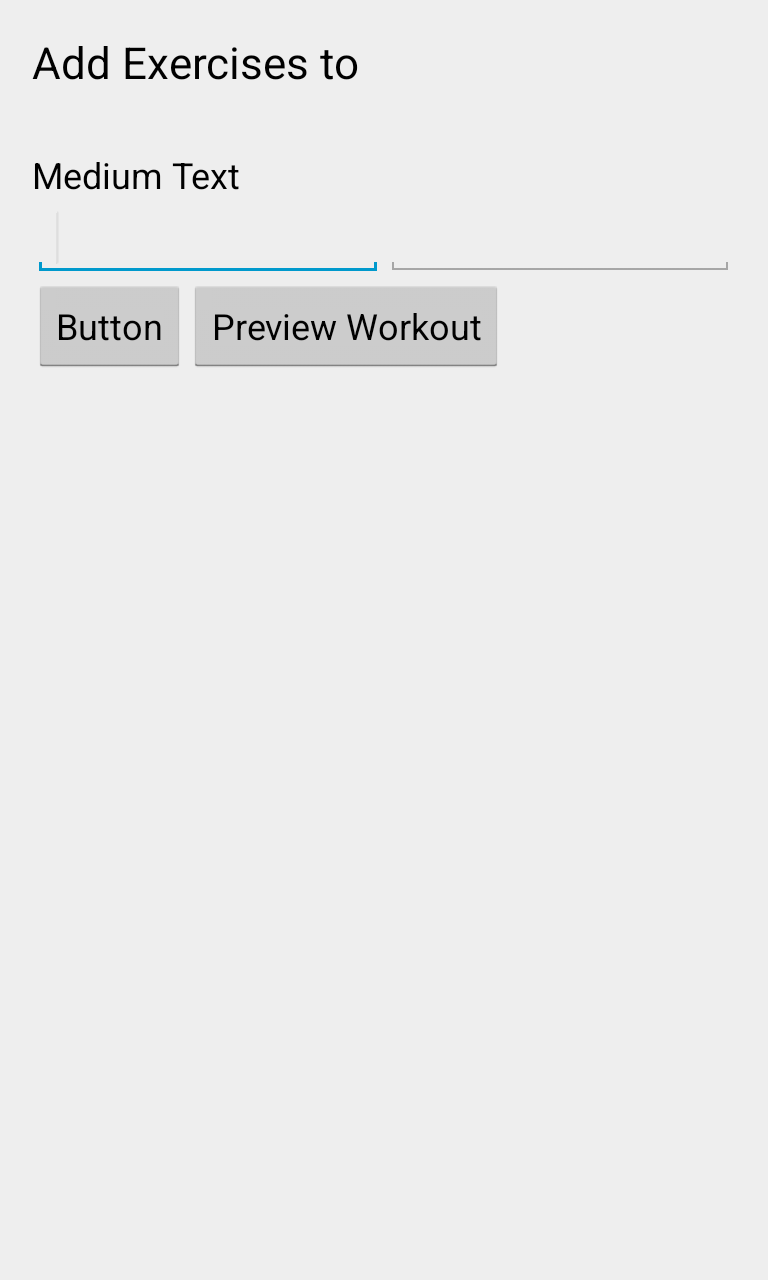
Repository: jmcdon09/EZWorkout
Layout: EzTrain/EzTrain/res/layout/activity_add_exercises.xml
These files come from the project's save history. The layout is drawn as it stood at one moment and after the next save; the edit follows.
It is drawn on a 768 x 1280 px phone screen (xhdpi) without system bars, with theme AppTheme; the app's code is not run. Lists and similar views that code fills are empty.

Above is the layout before, as saved 2014-03-29 01:24:56.

After the next save:
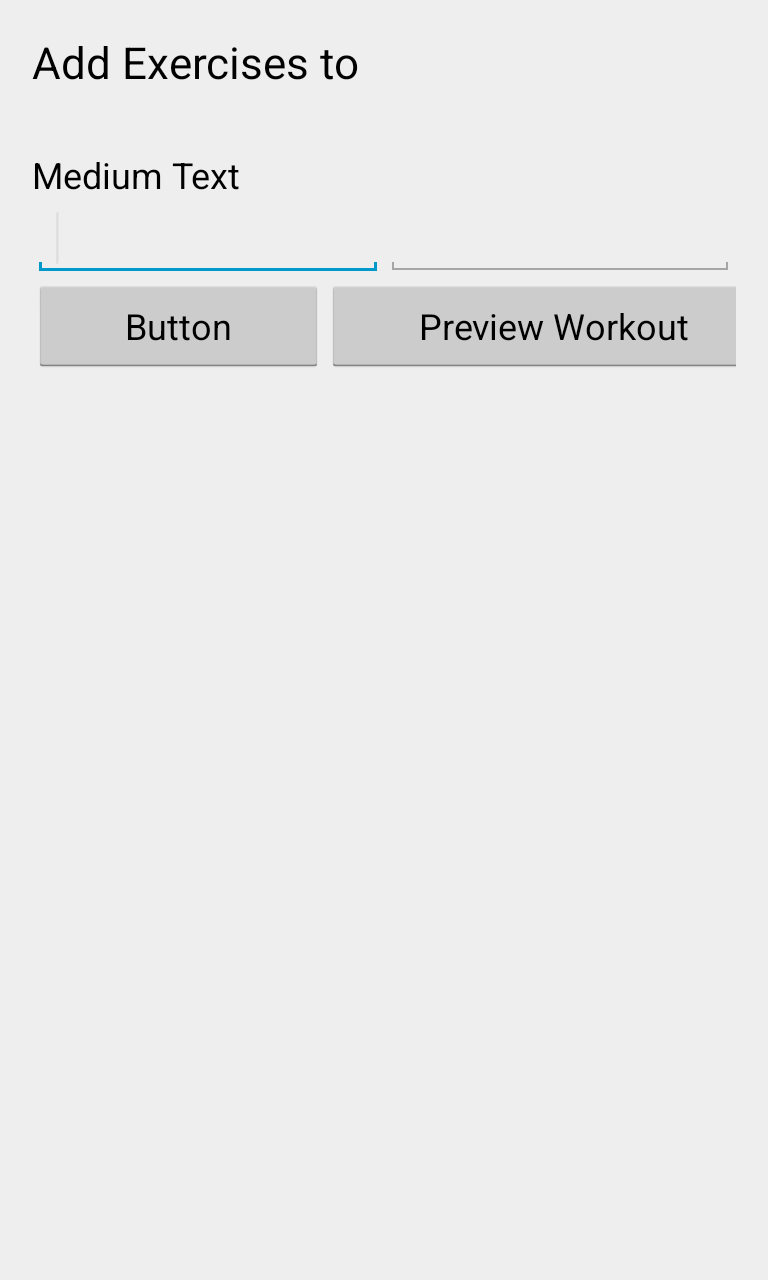
Saved 36 s later.
--- a/EzTrain/EzTrain/res/layout/activity_add_exercises.xml
+++ b/EzTrain/EzTrain/res/layout/activity_add_exercises.xml
@@ -93,16 +93,19 @@
     </LinearLayout>
 
     <LinearLayout
+        android:weightSum="100"
         android:layout_width="match_parent"
         android:layout_height="wrap_content" >
 
         <Button
+            android:layout_weight="60"
             android:id="@+id/add_exercise"
             android:layout_width="wrap_content"
             android:layout_height="wrap_content"
             android:text="Button" />
 
         <Button
+            android:layout_weight="60"
             android:id="@+id/preview_workout"
             android:layout_width="wrap_content"
             android:layout_height="wrap_content"
